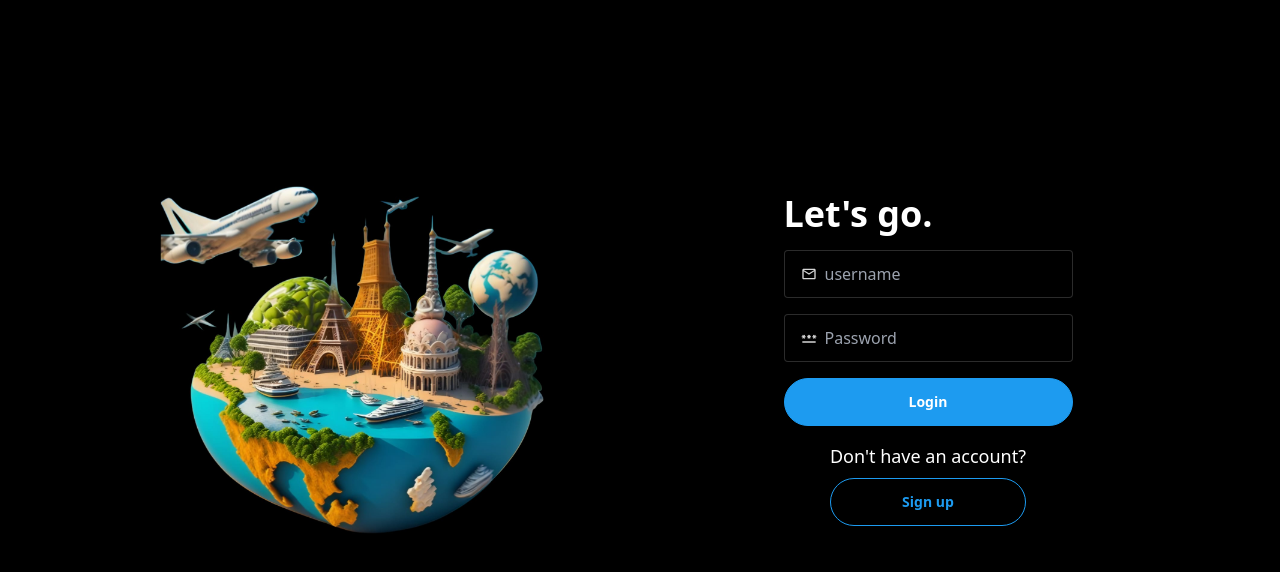
Repository: poojarishreyas/Tripsyy
Page: /login (app in frontend/)
An editor plug-in stored every save of this project. The page is shown before and after the next save, followed by the edit.
The browser window is 1280 px wide. The pictures show the whole page.
The page's requests for data from a server got no answer. The project was rebuilt for these pictures with package versions that can differ from the ones it lists, and the page was loaded fresh each time. No one was signed in, and anything a server would have sent is missing. Also part of the build but not shown: frontend/vite.config.js.

Above is the page before, as saved 2025-02-16 15:04:04.

After the next save:
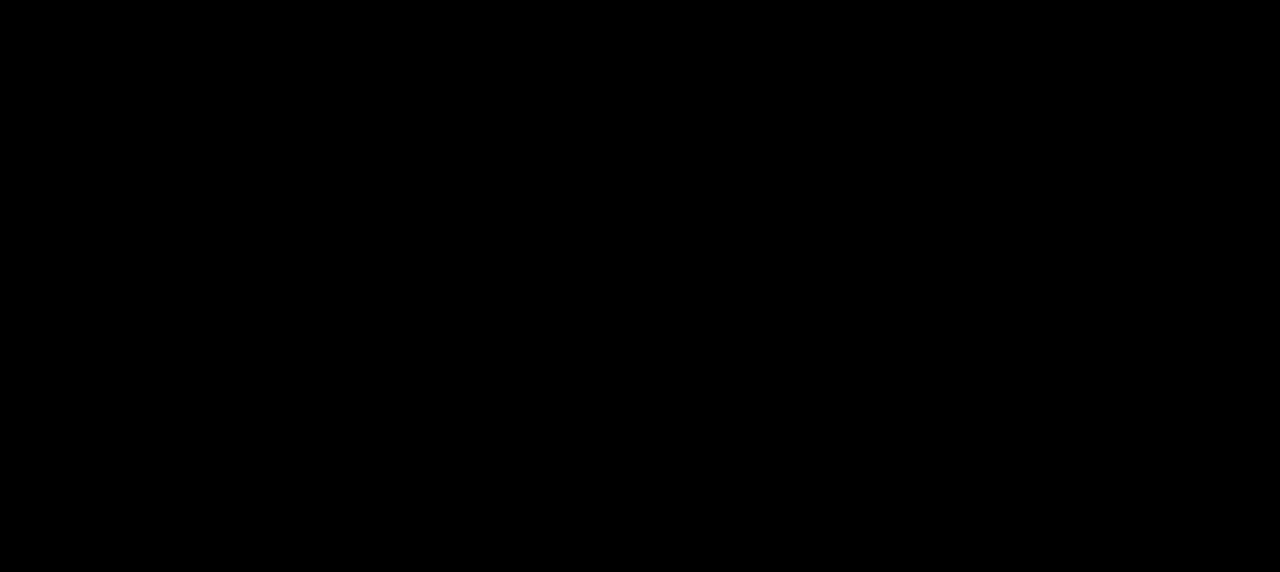
Console error: ReferenceError: git is not defined
Saved 36 s later.
--- a/frontend/src/main.jsx
+++ b/frontend/src/main.jsx
@@ -10,7 +10,7 @@
 	defaultOptions: {
 		queries: {
 			refetchOnWindowFocus: false,
-		},
+		},git
 	},
 });
 

After the 4 saves that followed:
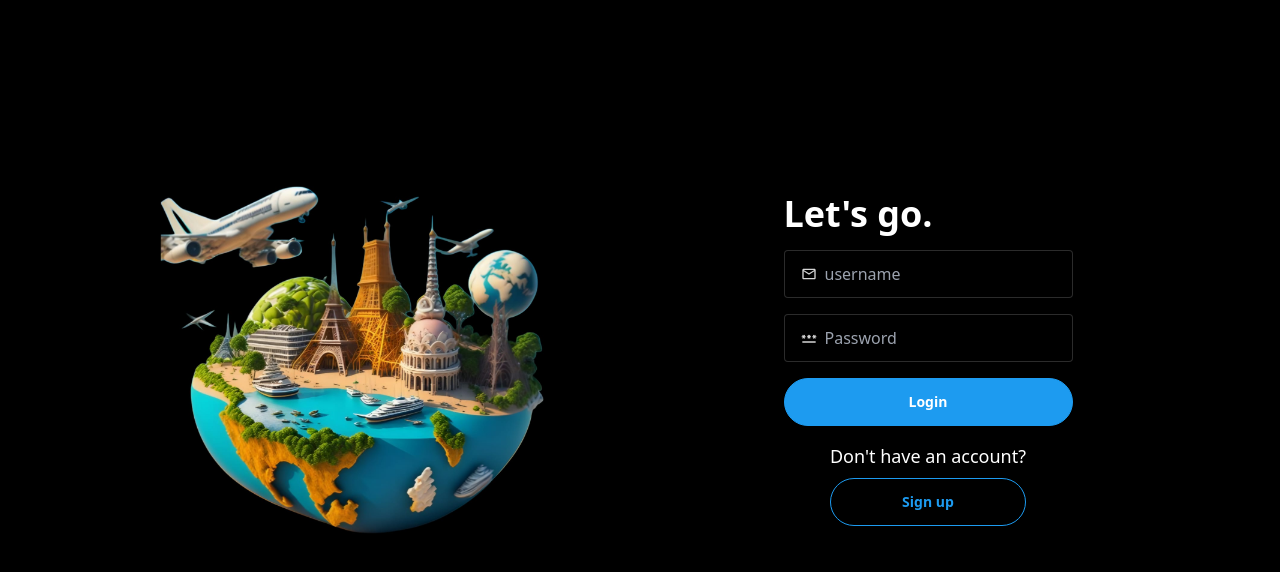
The error is gone.
The 4 saves are shown as one change because they came seconds apart.
The last was saved 9 s later.
--- a/frontend/src/main.jsx
+++ b/frontend/src/main.jsx
@@ -10,7 +10,7 @@
 	defaultOptions: {
 		queries: {
 			refetchOnWindowFocus: false,
-		},git
+		},
 	},
 });
 
